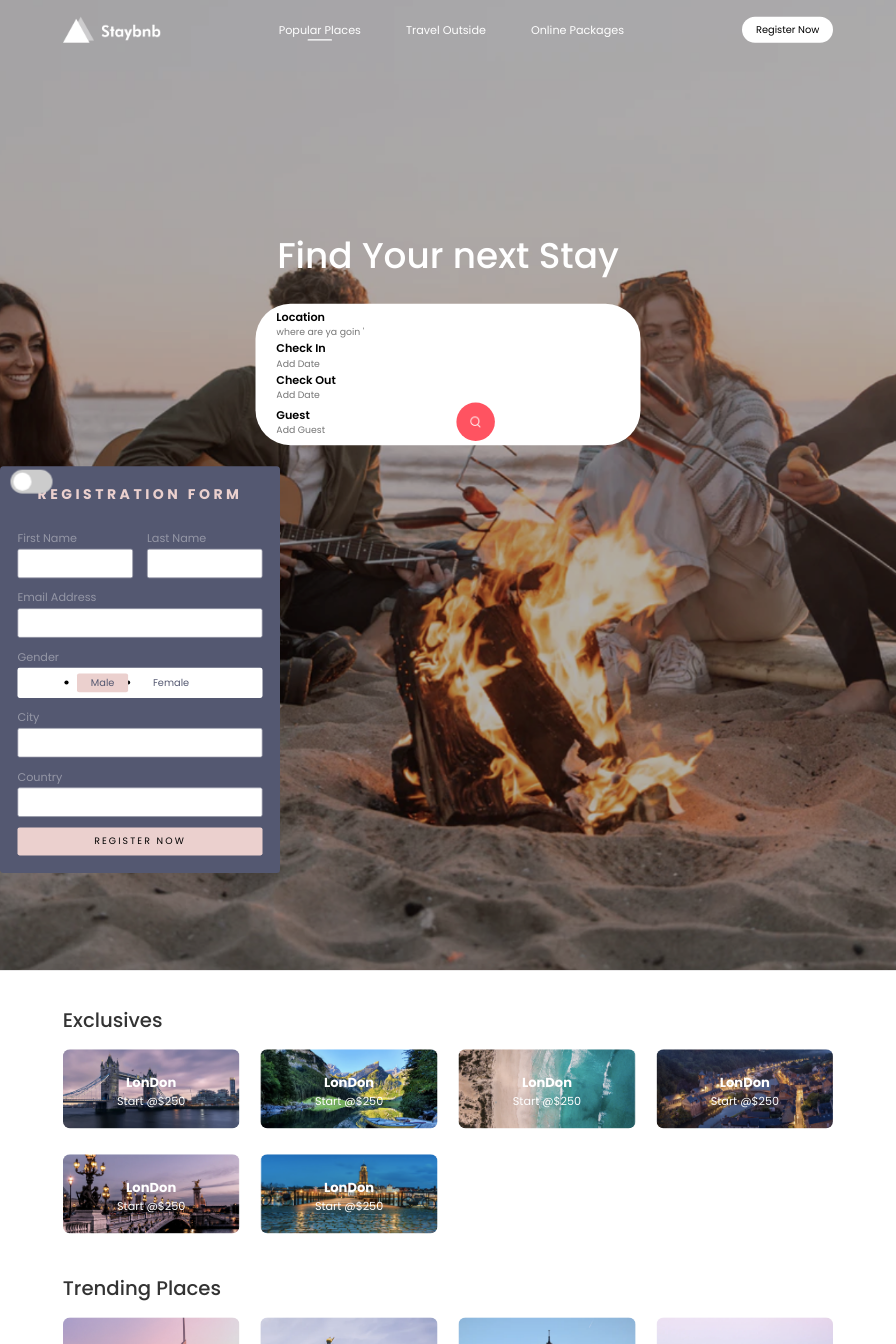
Repository: pinocoding/AirBnB
Page: index.html
An editor plug-in stored every save of this project. The page is shown before and after the next save, followed by the edit.
The browser window is 1280 px wide. The pictures show the part of the page from y = 0 to 1920 px (the page is 3707 px tall before and 3041 px after), at 70% of full size.

Above is the page before, as saved 2022-02-12 18:56:01.

After the next save:
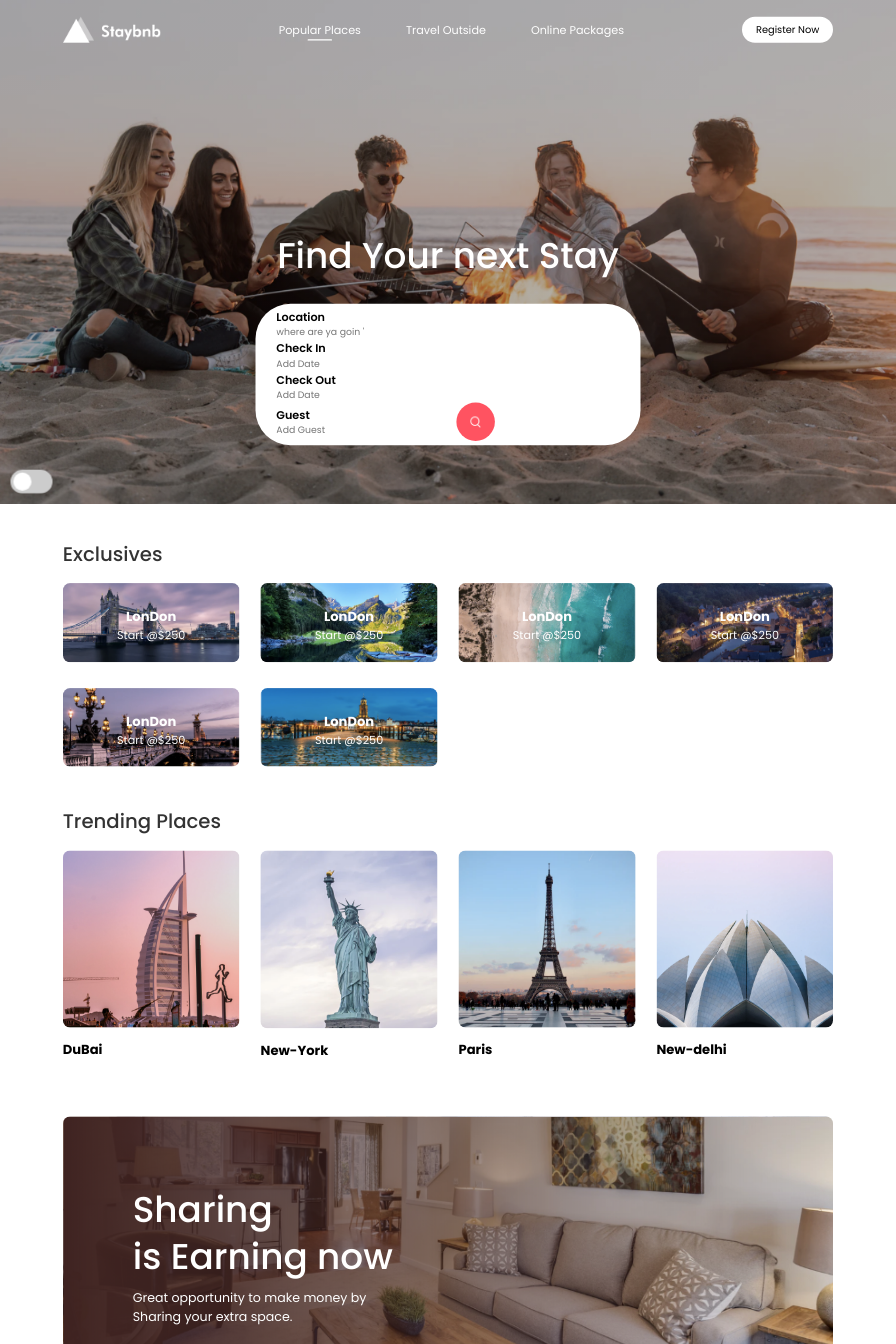
Saved 14 s later.
--- a/style.css
+++ b/style.css
@@ -303,9 +303,10 @@ nav {
     display: none;
 }
 
-.form {
+
+/* .form {
     display: block;
-}
+} */
 
 .registration_form {
     background: #545871;
